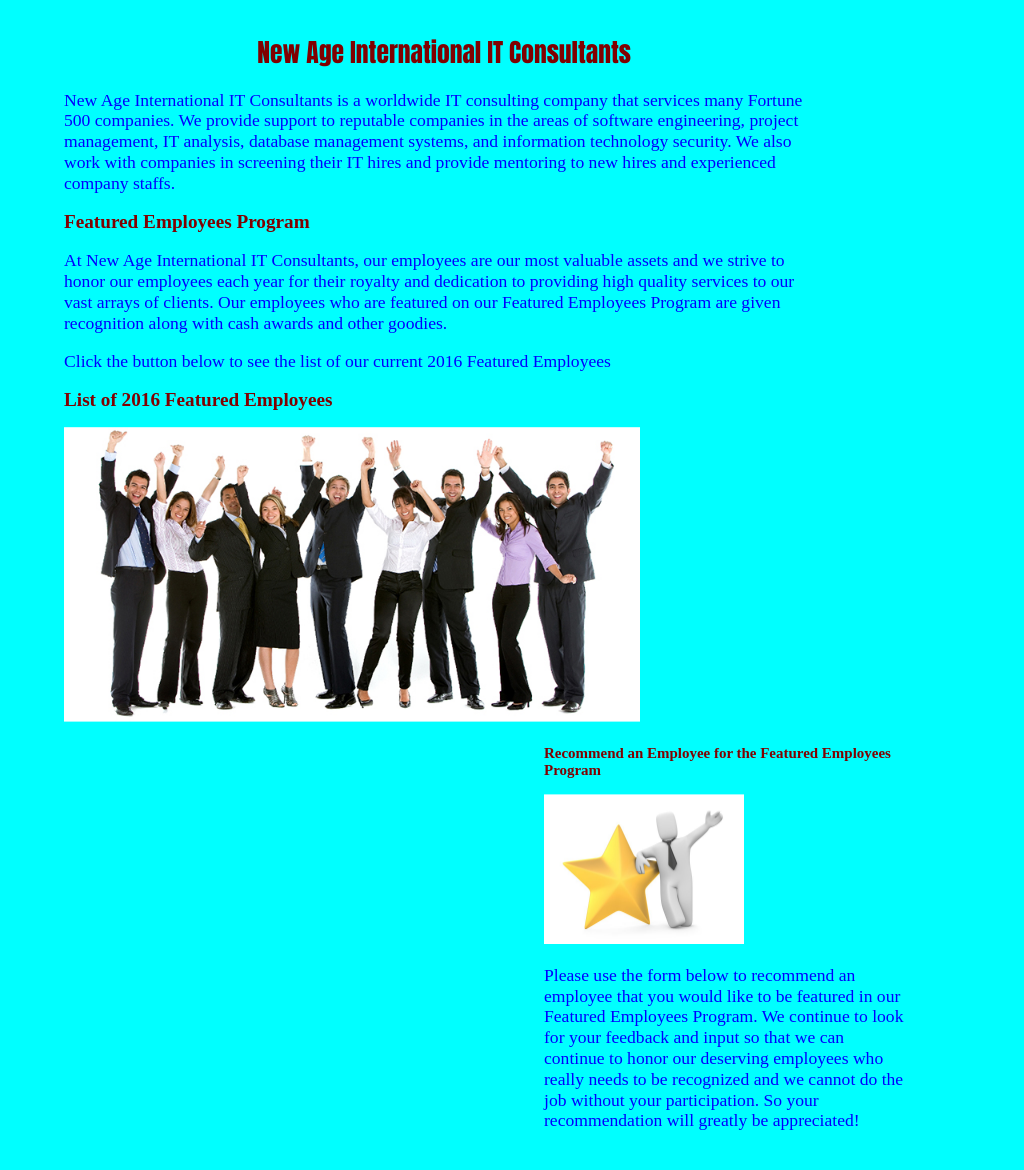
Repository: myjavaweb2/Week5JDBCAssignments
Page: myweek4project/src/main/webapp/employee.html
These files come from the project's save history. The page is drawn as it stood at one moment and after the next save; the edit follows.
The browser window is 1280 px wide. The pictures show the whole page, at 80% of full size.

Above is the page before, as saved 2016-08-30 18:04:42.

### myweek4project/src/main/webapp/employee.html
<!DOCTYPE html>
<html>
<head>
<meta charset="ISO-8859-1">
<title>Employee Recognition Program</title>

<link rel="stylesheet" type="text/css" href="styles.css">
</head>
<body>

<main>
<h1>New Age International IT Consultants</h1>
<p>New Age International IT Consultants is a worldwide IT consulting company
that services many Fortune 500 companies. We provide support to reputable
companies in the areas of software engineering, project management, IT analysis,
database management systems, and information technology security. We also work
with companies in screening their IT hires and provide mentoring to new hires
and experienced company staffs.</p>

<h2>Featured Employees Program</h2>
<p>At New Age International IT Consultants, our employees are our most valuable
assets and we strive to honor our employees each year for their royalty and
dedication to providing high quality services to our vast arrays of clients.
Our employees who are featured on our Featured Employees Program are given
recognition along with cash awards and other goodies.</p>




<p>Click the button below to see the list of our current 2016 Featured Employees</p>

<h2>List of 2016 Featured Employees</h2>

<img alt="2016 Featured Employees" src="images/employees.jpg">

</main>

<aside>
<h3>Recommend an Employee for the Featured Employees Program</h3>

<img alt="2016 Featured Employees" src="images/employee_pride.jpg" width="250px">

<p>Please use the form below to recommend an employee that you would like to be
featured in our Featured Employees Program. We continue to look for your feedback
and input so that we can continue to honor our deserving employees who really
needs to be recognized and we cannot do the job without your participation.
So your recommendation will greatly be appreciated!</p>

</aside>

<footer>

</footer>

</body>
</html>

### myweek4project/src/main/webapp/styles.css
html, body {
	margin: 0;
	padding: 0;
	border: 0;
	font-size: 100%;
	background-color: aqua;
}

header {
	height: 135px;
}

main {
	width: 950px;
	background-color: aqua;
	float: left;
	padding-left: 0;
	padding-right: 0;
	position: relative;
	right: 20px;
  	left: 80px;
  	top: 20px;
  	bottom: 15px;
}

aside {
	width: 450px;
	background-color: aqua;
	float: right;
	padding: 25px;
	padding-right: 150px;
}

footer {
	clear: left;
	padding: 35px;
	border: 5px;
	text-align: center;
}

p {
	font-style: Times New Roman, Tahoma, sans serif;
	font-size: 22px;
	color: blue;
}

h1, h2, h3 {
	font-family: fantasy, serif;
	color:maroon;
}

h1 {
	font-family: "Helvetica-Bold",Impact, sans serif;
	text-align: center;

}

ul {
	color:teal;
	font-size: 20px;
}
a {
	color: purple;
	text-decoration: none;
}

a:hover {

    text-decoration: line-through;
}

After the next save:
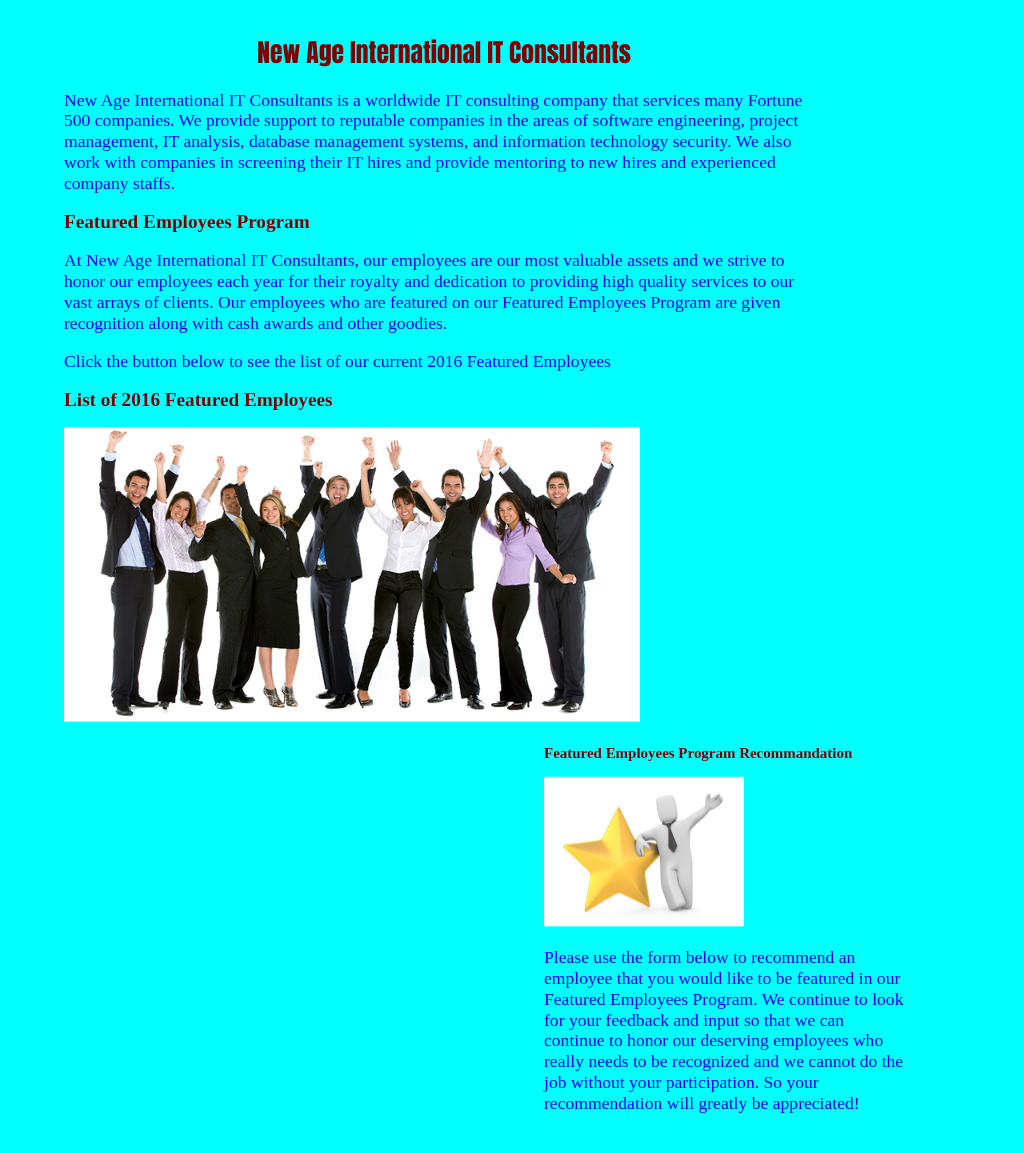
Saved 44 s later.
--- a/myweek4project/src/main/webapp/employee.html
+++ b/myweek4project/src/main/webapp/employee.html
@@ -36,7 +36,7 @@ recognition along with cash awards and other goodies.</p>
 </main>
 
 <aside>
-<h3>Recommend an Employee for the Featured Employees Program</h3>
+<h3>Featured Employees Program Recommandation</h3>
 
 <img alt="2016 Featured Employees" src="images/employee_pride.jpg" width="250px">
 
